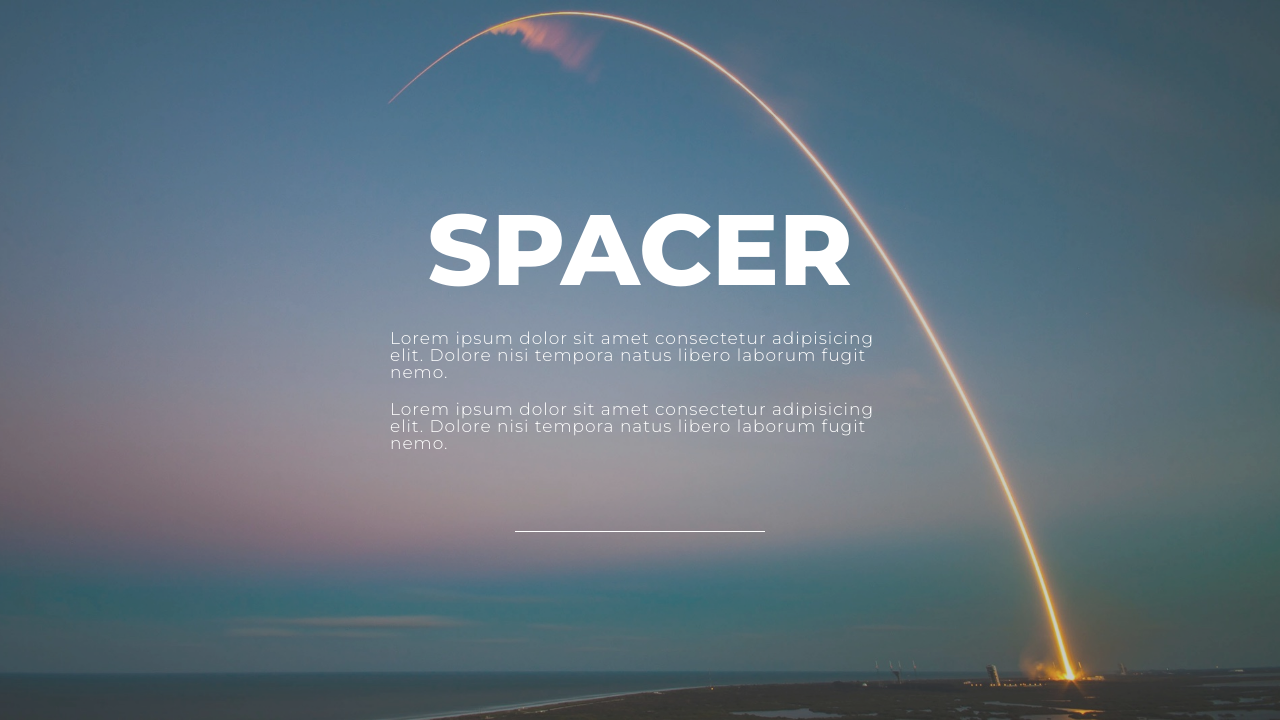
Repository: Trelefele/spacer-roman
Page: /
The author's editor kept a copy of each file at every save. The page is drawn from the files as they stood at one save, then again after the next save.
The browser window is 1280 px wide. The pictures show the whole page.
The project was rebuilt for these pictures with package versions that can differ from the ones it lists, and the page was loaded fresh each time. Also part of the build but not shown: src/components/Item.vue.

Above is the page before, as saved 2019-02-06 19:25:27.

### public/index.html
<!DOCTYPE html>
<html lang="en">
  <head>
    <meta charset="utf-8">
    <meta http-equiv="X-UA-Compatible" content="IE=edge">
    <meta name="viewport" content="width=device-width,initial-scale=1.0">
    <link rel="icon" href="<%= BASE_URL %>favicon.ico">
    <!-- <script src="https://unpkg.com/axios/dist/axios.min.js"></script> -->
    <title>spacer-roman</title>
  </head>
  <body>
    <noscript>
      <strong>We're sorry but spacer-roman doesn't work properly without JavaScript enabled. Please enable it to continue.</strong>
    </noscript>
    <div id="app"></div>
    <!-- built files will be auto injected -->
  </body>
</html>

### src/main.js
import Vue from 'vue';
import App from './App.vue';

Vue.config.productionTip = false;

new Vue({
  render(h) { return h(App); },
}).$mount('#app');

### src/App.vue
<template>
  <div class="app">
    <div :class="[{flexStart:step === 1 }, 'wrapper']">
      <transition name="slide">
        <img src="./assets/logo.svg" alt="Its site's logo" class="logo" v-if="step === 1">
      </transition>
      <transition name="fade">
        <HeroImage v-if="step === 0"/>
      </transition>
      <Claim v-if="step === 0"/>
      <SearchInput v-model="searchValue" @input="handleInput" :dark="step === 1"/>
      <div class="results" v-if="results && !loading && step === 1">
        <Item v-for="item in results" :key="item.data[0].nasa_id"/>
      </div>
    </div>
  </div>
</template>

<script>
import axios from 'axios';
import debounce from 'lodash.debounce';
import Claim from '@/components/Claim.vue';
import HeroImage from '@/components/HeroImage.vue';
import SearchInput from '@/components/SearchInput.vue';
import Item from '@/components/Item.vue';

const API = 'https://images-api.nasa.gov/search';

export default {
  name: 'App',
  components: {
    Claim,
    SearchInput,
    HeroImage,
    Item,
  },
  data() {
    return {
      loading: false,
      step: 0,
      searchValue: '',
      results: [],
    };
  },
  methods: {
    // eslint-disable-next-line
    handleInput: debounce(function(){
      this.loading = true;
      console.log(this.searchValue);
      axios.get(`${API}?q=${this.searchValue}&media_type=image`)
        .then((response) => {
          // this.results = response.data.collection.items;
          this.results = response.data.collection.items;
          this.loading = true;
          this.step = 1;
        })
        .catch((error) => {
          console.log(error);
        });
    }, 500),
  },
};
</script>

<style lang="scss" >
@import url('https://fonts.googleapis.com/css?family=Montserrat:300,400,600,800');

* {
  box-sizing: border-box;
  -webkit-font-smoothing: antialiased;
  -moz-asx-font-smoothing: antialiased;
  font-family: 'Montserrat', sans-serif;
  margin: 0;
  padding: 0;
}

.fade-enter-active, .fade-leave-active {
  transition: opacity .3s ease;
}
.fade-enter, .fade-leave-to{
  opacity: 0;
}

.slide-enter-active, .slide-leave-active {
  transition: opacity .3s ease;
}
.slide-enter, .slide-leave-to{
  margin-top: -50px
}

.wrapper {
    margin: 0;
    position: relative;
    width: 100%;
    min-height: 100vh;
    padding: 30px;
    display: flex;
    flex-direction: column;
    align-items: center;
    justify-content: center;

    &.flexStart{
      justify-content: flex-start;
    }
}

.logo{
  position: absolute;
  top: 40px;
}
</style>

### src/components/Claim.vue
<template>
  <div class="claimWrapper">
    <h1 class="claim">SPACER</h1>
    <p class="subclaim">
      Lorem ipsum dolor sit amet consectetur adipisicing elit.
      Dolore nisi tempora natus libero laborum fugit nemo.
    </p>
    <p class="subclaim">
      Lorem ipsum dolor sit amet consectetur adipisicing elit.
      Dolore nisi tempora natus libero laborum fugit nemo.
    </p>
  </div>
</template>

<script>
export default {
  name: "Claim"
};
</script>

<style lang="scss" scoped>
.claimWrapper {
  display: flex;
  flex-direction: column;
  justify-content: center;
  align-items: center;
  color: white;
  margin: 0;
}

.claim {
  font-size: 50px;
  margin: 0;

    @media (min-width: 768px) {
        font-size: 80px;
    }
    @media (min-width: 1024px) {
        font-size: 100px;
    }
}

.subclaim {
  margin: 20px 0 0 0;
  font-size: 13px;
  font-weight: 300;

    @media (min-width: 768px) {
        font-size: 17px;
        line-height: 1;
        letter-spacing: 1px;
        width: 500px;
    }
}
</style>

### src/components/HeroImage.vue
<template>
    <div class="heroImage"/>
</template>

<script>
export default {
    name: "HeroImage"
}
</script>

<style lang="scss" scoped>
.heroImage{
    position: fixed;
    top: 0;
    z-index: -1;
    width: 100%;
    height: 100vh;
    background-image: url('../assets/heroimage.jpg');
    background-repeat: no-repeat;
    background-size: cover;
    background-position: 80%, 0%;
}
.heroImage::after {
    content: '';
    background: rgba(0,0,0, .2);
    position: absolute;
    top: 0;
    left: 0;
    z-index: 1;
    width: 100%;
    height: 100vh;
}
</style>

### src/components/SearchInput.vue
<template>
  <input
    id="search"
    name="search"
    :value="value"
    :class="{ dark }"
    @input="handleChange"
  />
</template>
<script>
export default {
  name: 'SearchInput',
  props: {
    value: {
      type: String,
      required: true,
    },
    dark: {
      type: Boolean,
      default: false,
    },
  },
  methods: {
    handleChange(e) {
      this.$emit('input', e.target.value);
    },
  },
};
</script>
<style lang="scss" scoped>
  input {
    margin-top: 50px;
    display: flex;
    width: 250px;
    color: white;
    text-align: center;
    font-size: 18px;
    font-weight: 300;
    height: 30px;
    border: 0;
    background: none;
    border-bottom: 1px solid white;
    transition: box-shadow .3s ease-out;

    @media (min-width: 1024px) {
      font-weight: 400;
    }
  }

  input:focus {
    outline: none;
    box-shadow: 0 10px 20px -8px rgba(255,255,255, .5);
  }

  .dark {
    color: #1e3d4a;
    border-bottom-color: #1e3d4a;
  }

  .dark:focus {
    box-shadow: 0 10px 20px -8px rgba(#1e3d4a, .2);
  }
</style>

After the next save:
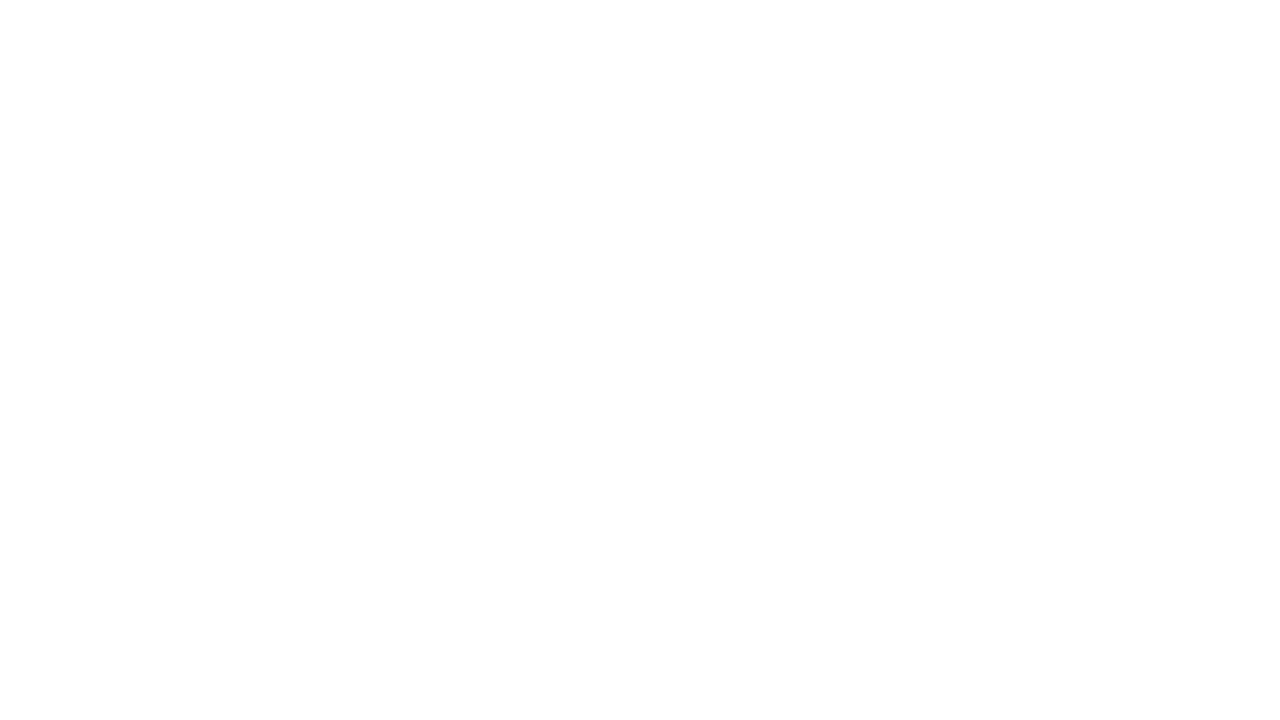
Saved 10 min 33 s later.
--- a/src/App.vue
+++ b/src/App.vue
@@ -9,9 +9,14 @@
       </transition>
       <Claim v-if="step === 0"/>
       <SearchInput v-model="searchValue" @input="handleInput" :dark="step === 1"/>
-      <div class="results" v-if="results && !loading && step === 1">
+      <!-- <div class="results" v-if="results && !loading && step === 1">
         <Item v-for="item in results" :key="item.data[0].nasa_id"/>
+      </div> -->
+      <div>
+        {{item.data[0].nasa_id}}
       </div>
+
+
     </div>
   </div>
 </template>

After the 2 saves that followed:
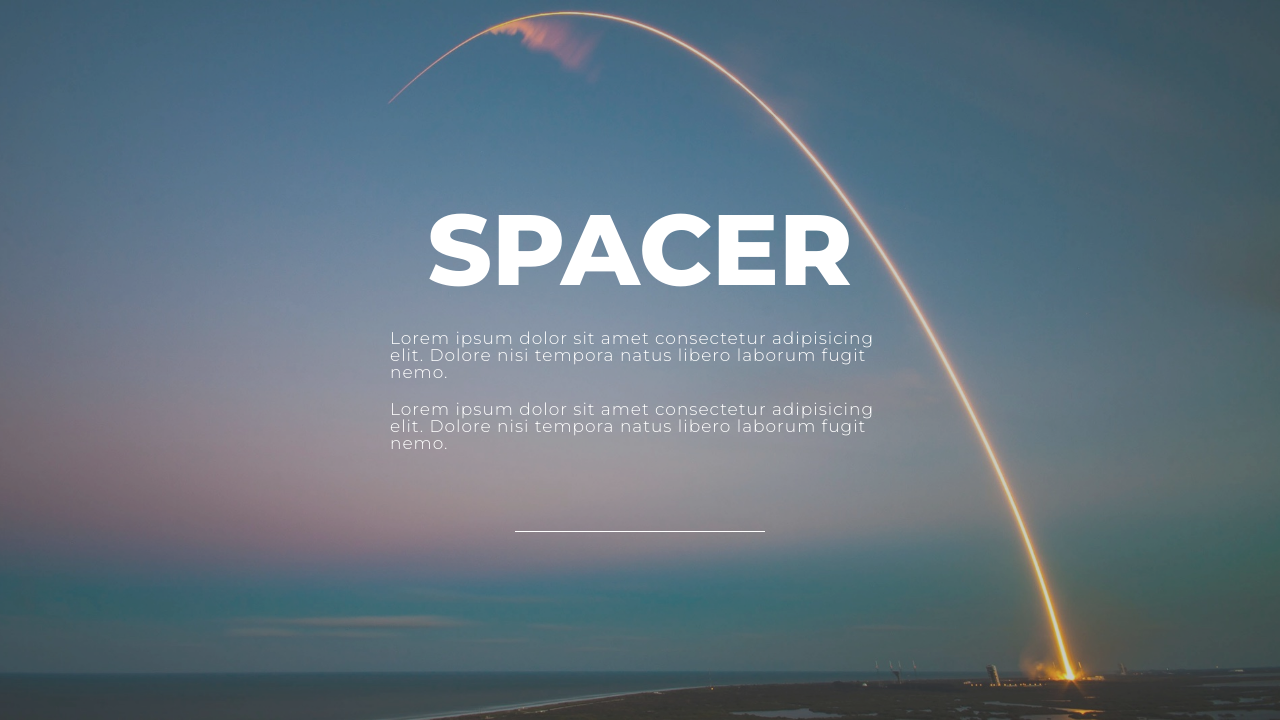
The 2 saves are shown as one change because 1 left the picture as it was.
The last was saved 94 s later.
--- a/src/App.vue
+++ b/src/App.vue
@@ -9,14 +9,9 @@
       </transition>
       <Claim v-if="step === 0"/>
       <SearchInput v-model="searchValue" @input="handleInput" :dark="step === 1"/>
-      <!-- <div class="results" v-if="results && !loading && step === 1">
+      <div class="results" v-if="results && !loading && step === 1">
         <Item v-for="item in results" :key="item.data[0].nasa_id"/>
-      </div> -->
-      <div>
-        {{item.data[0].nasa_id}}
       </div>
-
-
     </div>
   </div>
 </template>
